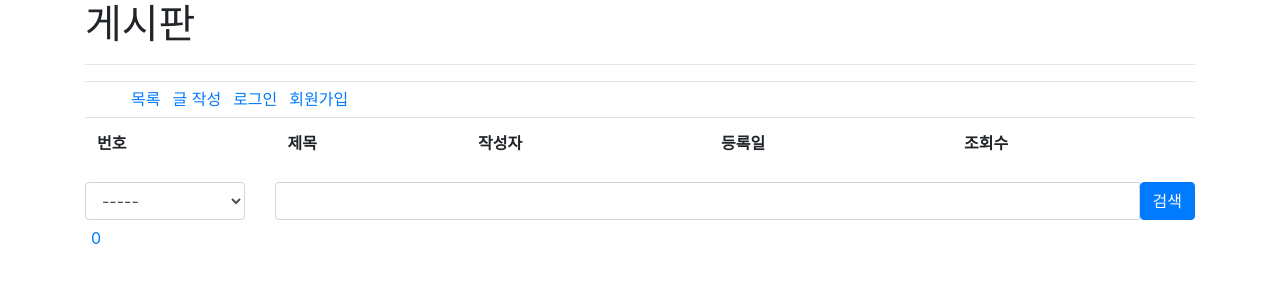
Repository: JungJiHoon0622/-
Page: http://localhost/NoticeBoard/WEB-INF/views/board/list.jsp
An editor plug-in stored every save of this project. The page is shown before and after the next save, followed by the edit.
The browser window is 1280 px wide. The pictures show the whole page.
Some web libraries are served in a nearby version. The page is served by Tomcat 9. Nobody is signed in. Other server files are loaded and not shown. The template is opened directly, without the code that normally fills it, so the values that code supplies are empty.

Above is the page before, as saved 2022-08-24 09:23:29.

### NoticeBoard/NoticeBoard/src/main/webapp/WEB-INF/views/board/list.jsp
<%@ page language="java" contentType="text/html; charset=UTF-8"
    pageEncoding="UTF-8"%>
<%@ taglib uri="http://java.sun.com/jsp/jstl/core" prefix="c" %>
<%@ taglib prefix="fmt" uri="http://java.sun.com/jsp/jstl/fmt"%>
<html>
	<head>
	<link rel="stylesheet" href="https://cdn.jsdelivr.net/npm/bootstrap@4.6.2/dist/css/bootstrap.min.css" integrity="sha384-xOolHFLEh07PJGoPkLv1IbcEPTNtaed2xpHsD9ESMhqIYd0nLMwNLD69Npy4HI+N" crossorigin="anonymous">
	 	<script src="//cdnjs.cloudflare.com/ajax/libs/jquery/3.2.1/jquery.min.js"></script>
	 	<title>게시판</title>
	 </head>
	 	<style type="text/css">
			li {list-style: none; float: left; padding: 6px;}
		</style>


<script>
window.onload = function(){
//전체주소
console.log("url : "+$(location).attr('href'));

//http:, localhost:port번호, index.html ?test=tttt 순으로 나누어져 있습니다.
console.log("url : "+$(location).attr('protocol')+"//"+$(location).attr('host')+""+$(location).attr('pathname')+""+$(location).attr('search'));
}
</script>

	<body>
		<div class="container">
			<header>
				<h1> 게시판</h1>
			</header>
			<hr />

			 <div>
				<%@include file="nav.jsp" %>
			</div>
			<hr />

			<section id="container">
				<form role="form" method="get">
					<table class="table table-hover">
						<tr><th>번호</th><th>제목</th><th>작성자</th><th>등록일</th><th>조회수</th></tr>

						<c:forEach items="${list}" var = "list">
							<tr>
								<td><c:out value="${list.bno}" /></td>
								<td>
								<a href="/board/readView?bno=${list.bno}&page=${scri.page}&perPageNum=${scri.perPageNum}&searchType=${scri.searchType}&keyword=${scri.keyword}"><c:out value="${list.title}" /></a>
								</td>
								<td><c:out value="${list.writer}" /></td>
								<td><fmt:formatDate value="${list.regdate}" pattern="yyyy-MM-dd"/></td>
								<td><c:out value="${list.hit}" /></td>
							</tr>
						</c:forEach>

					</table>
					  <div class="search row">
						<div class="col-xs-2 col-sm-2">
							<select name="searchType" class="form-control">
								<option value="n"<c:out value="${scri.searchType == null ? 'selected' : ''}"/>>-----</option>
								<option value="t"<c:out value="${scri.searchType eq 't' ? 'selected' : ''}"/>>제목</option>
								<option value="c"<c:out value="${scri.searchType eq 'c' ? 'selected' : ''}"/>>내용</option>
								<option value="w"<c:out value="${scri.searchType eq 'w' ? 'selected' : ''}"/>>작성자</option>
								<option value="tc"<c:out value="${scri.searchType eq 'tc' ? 'selected' : ''}"/>>제목+내용</option>
							</select>
						</div>

                       <div class="col-xs-10 col-sm-10">
							<div class="input-group">
								<input type="text" maxlength='10'name="keyword" id="keywordInput" value="${scri.keyword}" class="form-control"/>
								<span class="input-group-btn">
									<button id="searchBtn" type="button" class="btn btn-Primary">검색</button>
								</span>
							</div>
						</div>

    <script>
      $(function(){
        $('#searchBtn').click(function() {
          self.location = "list" + '${pageMaker.makeQuery(1)}' + "&searchType=" + $("select option:selected").val() + "&keyword=" + encodeURIComponent($('#keywordInput').val());
        });
      });
    </script>
  </div>

                    <div class="col-md-offset-3">
						<ul class="pagination">
							<c:if test="${pageMaker.prev}">
								<li><a href="list${pageMaker.makeSearch(pageMaker.startPage - 1)}">이전</a></li>
							</c:if>

							<c:forEach begin="${pageMaker.startPage}" end="${pageMaker.endPage}" var="idx">
								<li <c:out value="${pageMaker.cri.page == idx ? 'class=info' : ''}" />>
								<a href="list${pageMaker.makeSearch(idx)}">${idx}</a></li>
							</c:forEach>

							<c:if test="${pageMaker.next && pageMaker.endPage > 0}">
								<li><a href="list${pageMaker.makeSearch(pageMaker.endPage + 1)}">다음</a></li>
							</c:if>
						</ul>
                   </div>
				</form>
			</section>
		</div>

	</body>
</html>

### NoticeBoard/NoticeBoard/src/main/webapp/WEB-INF/views/board/nav.jsp
<%@ page language="java" contentType="text/html; charset=UTF-8" pageEncoding="UTF-8"%>
<%@ taglib uri="http://java.sun.com/jsp/jstl/core" prefix="c" %>
<style type="text/css">
	li {list-style: none; display:inline; padding: 6px;}
</style>
<ul>
	<li><a href="/board/list">목록</a></li>
	<li><a href="/board/writeView">글 작성</a></li>
	<li><c:if test="${member == null}"><a href="/">로그인</a></c:if></li>
	<li><c:if test="${member == null}"><a href="/member/register">회원가입</a></c:if></li>
	<li><c:if test="${member != null}"><a href="/member/logout">로그아웃</a></c:if></li>
	<li><c:if test="${member != null}"><a href="/member/memberUpdateView">회원정보수정</a></c:if></li>
	<li><c:if test="${member != null}"><a href="/member/memberDeleteView">회원탈퇴</a></c:if></li>
	<li></li>
	<li>
		<c:if test="${member != null}">
			<p>${member.userId}님 환영합니다.</p>
		</c:if>
	</li>
</ul>

After the next save:
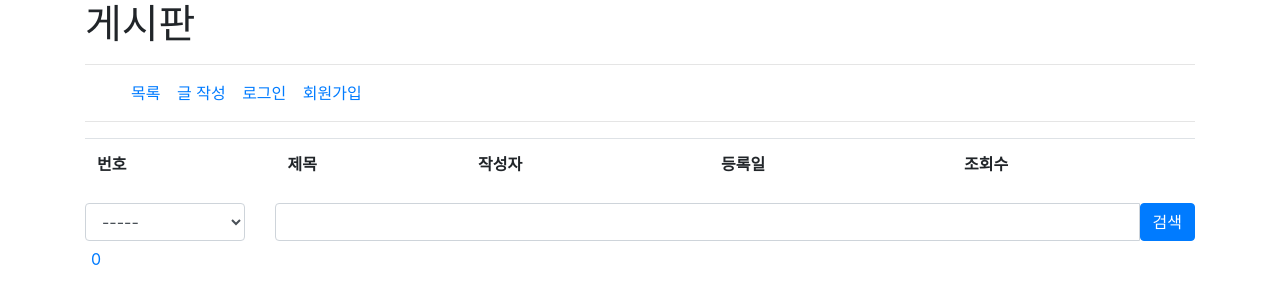
Saved 67 min 6 s later.
--- a/NoticeBoard/NoticeBoard/src/main/webapp/WEB-INF/views/board/list.jsp
+++ b/NoticeBoard/NoticeBoard/src/main/webapp/WEB-INF/views/board/list.jsp
@@ -8,9 +8,7 @@
 	 	<script src="//cdnjs.cloudflare.com/ajax/libs/jquery/3.2.1/jquery.min.js"></script>
 	 	<title>게시판</title>
 	 </head>
-	 	<style type="text/css">
-			li {list-style: none; float: left; padding: 6px;}
-		</style>
+
 
 
 <script>
